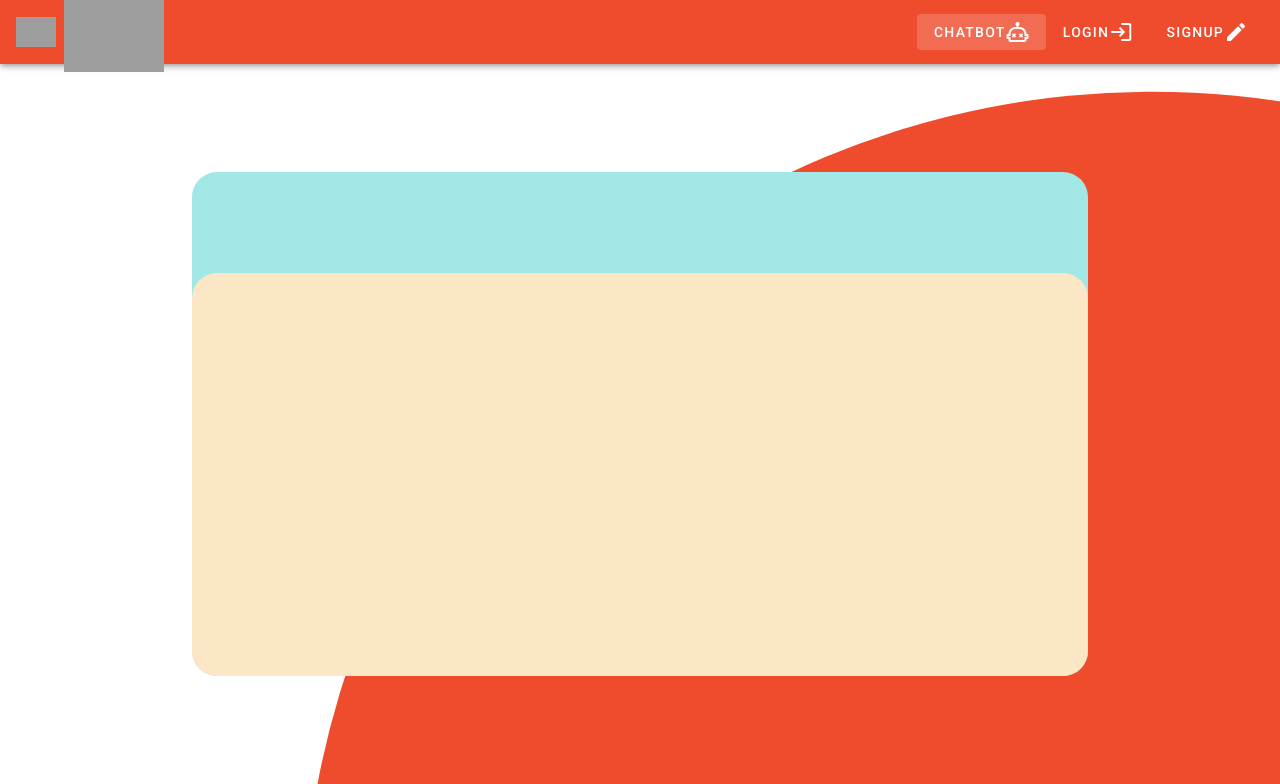
Repository: atout811/pyTorch-Hackathon
Page: /chatbot (app in frontend/)
The author's editor kept a copy of each file at every save. The page is drawn from the files as they stood at one save, then again after the next save.
The browser window is 1280 px wide. The pictures show the whole page.
Pictures or frames that could not be fetched are drawn as grey boxes. The project was rebuilt for these pictures with package versions that can differ from the ones it lists, and the page was loaded fresh each time. Also part of the build but not shown: frontend/vue.config.js, frontend/src/views/Home.vue.

Above is the page before, as saved 2021-10-21 14:57:39.

After the next save:
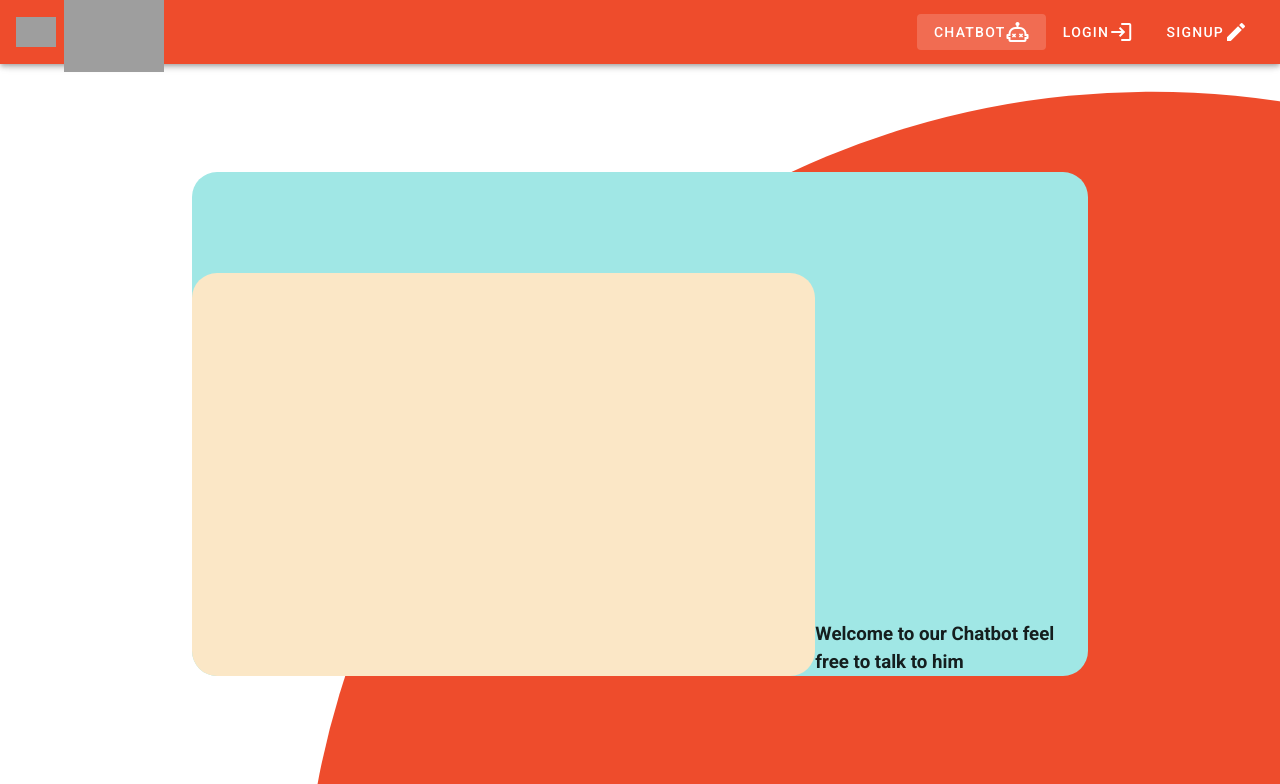
Saved 30 s later.
--- a/frontend/src/views/Chatbot.vue
+++ b/frontend/src/views/Chatbot.vue
@@ -2,6 +2,7 @@
   <div class="baba">
     <div class="container">
       <div class="chat-container"></div>
+      <h3>Welcome to our Chatbot feel free to talk to him</h3>
     </div>
   </div>
 </template>
